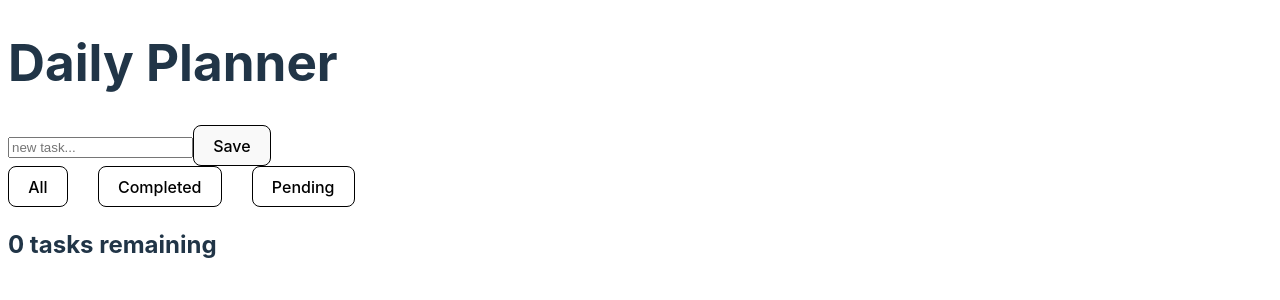
Repository: leslie179/labfour
Page: / (app in labfour/)
These files come from the project's save history. The page is drawn as it stood at one moment and after a run of saves; the edit follows.
The browser window is 1280 px wide. The pictures show the whole page.
The project was rebuilt for these pictures with package versions that can differ from the ones it lists, and the page was loaded fresh each time. Also part of the build but not shown: labfour/vite.config.js, labfour/src/components/Task.jsx.

Above is the page before, as saved 2024-10-27 19:48:32.

After the next 2 saves:
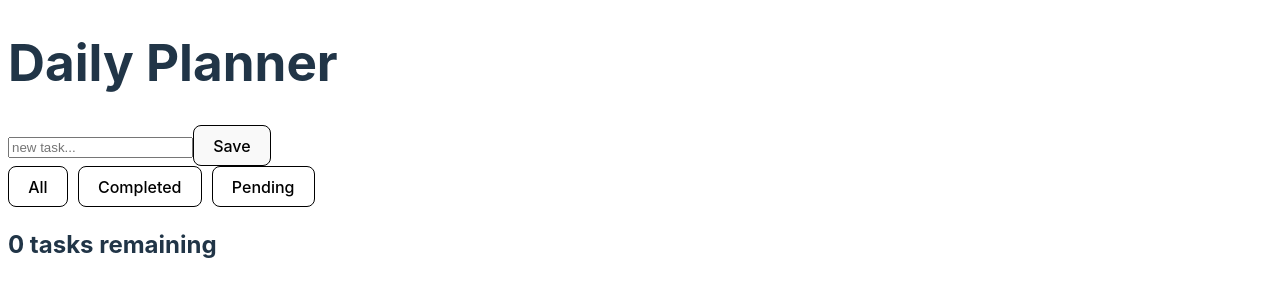
The 2 saves are shown as one change because they came seconds apart.
The last was saved 7 s later.
--- a/labfour/src/App.css
+++ b/labfour/src/App.css
@@ -23,7 +23,7 @@
 .filter-button{
   border: 1px solid black;
   background-color: white;
-  margin-right: 30px;
+  margin-right: 10px;
 }
 
 .completed {
